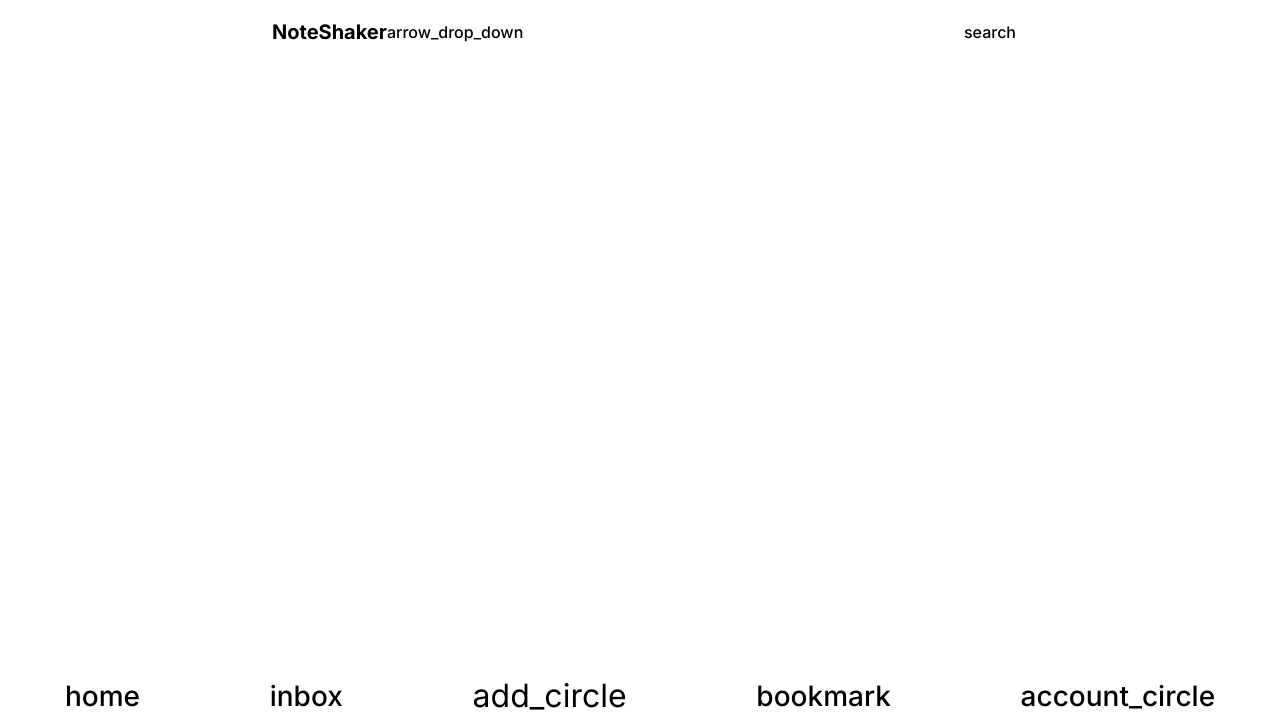
Repository: kwngmin/gongam
Page: /auth/signin
The author's editor kept a copy of each file at every save. The page is drawn from the files as they stood at one save, then again after the next save.
The browser window is 1280 px wide. The pictures show the whole page.
The page's requests for data from a server got no answer. The project was rebuilt for these pictures with package versions that can differ from the ones it lists, and the page was loaded fresh each time. The framework's server and built-in components were replaced by stand-ins that run in the browser. No one was signed in, and anything a server would have sent is missing. Also part of the build but not shown: next.config.js.

Above is the page before, as saved 2023-11-01 01:49:36.

### src/app/layout.tsx
import type { Metadata } from 'next';
import { Inter } from 'next/font/google';
import './globals.css';
import Navbar from '@/components/ui/Navbar';
import 'material-symbols';
import AuthContext from '../context/AuthContext';
import Footer from '@/components/ui/Footer';
import { Analytics } from '@vercel/analytics/react';

const inter = Inter({ subsets: ['latin'] });

export const metadata: Metadata = {
  title: 'Create Next App',
  description: 'Generated by create next app',
};

export default function RootLayout({
  children,
}: {
  children: React.ReactNode;
}) {
  return (
    <html lang='en' className={inter.className}>
      <AuthContext>
        <body className='h-screen flex relative flex-col'>
          <header className='sticky top-0 w-full max-w-screen-md mx-auto px-4 '>
            <Navbar />
          </header>
          <main className='grow w-full max-w-screen-md mx-auto px-4'>
            {children}
          </main>
          <Footer />
          <Analytics />
        </body>
      </AuthContext>
    </html>
  );
}

### src/app/auth/signin/page.tsx
import { getServerSession } from 'next-auth';
import { getProviders } from 'next-auth/react';
// import { redirect } from 'next/dist/server/api-utils';
import Signin from './Signin';
import { redirect } from 'next/navigation';
import { authOptions } from '@/components/commons/lib/auth';

type Props = {
  searchParams: { callbackUrl: string };
};

export default async function SignInPage({
  searchParams: { callbackUrl },
}: Props) {
  const session = await getServerSession(authOptions);
  if (session) {
    redirect('/');
  }
  const providers = (await getProviders()) ?? {};
  return <Signin providers={providers} callbackUrl={callbackUrl ?? '/'} />;
}

### src/app/globals.css
@tailwind base;
@tailwind components;
@tailwind utilities;

:root {
  --foreground-rgb: 0, 0, 0;
  --background-start-rgb: 214, 219, 220;
  --background-end-rgb: 255, 255, 255;
}

@media (prefers-color-scheme: dark) {
  :root {
    --foreground-rgb: 255, 255, 255;
    --background-start-rgb: 0, 0, 0;
    --background-end-rgb: 0, 0, 0;
  }
}

/* body {
} */

/* font-variation-settings: 'FILL' 1, 'wght' 400, 'GRAD' 0, 'opsz' 40; */
.material-symbols-rounded {
  font-variation-settings: 'wght' 500;
  /* font-variation-settings: 'FILL' 1, 'wght' 600, 'GRAD' 0, 'opsz' 48; */
  &.filled {
    font-variation-settings: 'FILL' 1;
  }
  &.medium {
    font-size: 28px;
  }
  &.large {
    font-size: 32px;
  }
  &.xlarge {
    font-size: 36px;
  }
}

@supports (-webkit-touch-callout: none) {
  .h-screen {
    height: -webkit-fill-available;
  }
}

### src/components/ui/Navbar.tsx
'use client';

import Link from 'next/link';
import { usePathname } from 'next/navigation';
import SearchIcon from './icons/SearchIcon';
import ArrowDropDownIcon from './icons/ArrowDropDownIcon';

export default function Navbar() {
  const pathName = usePathname();
  return (
    <div className='h-16 flex items-center justify-between'>
      <Link href='/'>
        <div className='flex items-center'>
          <h1 className='text-lg md:text-xl font-bold'>NoteShaker</h1>
          <ArrowDropDownIcon />
        </div>
      </Link>
      <Link href='/search'>
        <div className='flex items-center w-9 h-9 hover:bg-gray-100 justify-center rounded-2xl'>
          <SearchIcon />
        </div>
      </Link>
    </div>
  );
}

### src/context/AuthContext.tsx
'use client';
import { SessionProvider } from 'next-auth/react';
import { ReactNode } from 'react';
type Props = {
  children: ReactNode;
};
export default function AuthContext({ children }: Props) {
  return <SessionProvider>{children}</SessionProvider>;
}

### src/components/ui/Footer.tsx
'use client';
import Dockbar from './Dockbar';
import { useSession, signIn, signOut } from 'next-auth/react';
import Loginbar from './Loginbar';

export default function Footer() {
  //   const { data: session } = useSession();
  return <Dockbar />;
  //   return (
  //     <>
  //       {session ? (
  //         <footer className='sticky bottom-0 w-full max-w-screen-md mx-auto'>
  //           <Dockbar />
  //         </footer>
  //       ) : (
  //         <div
  //           role='button'
  //           onClick={() => signIn()}
  //           className='sticky bg-gray-50 hover:bg-gray-100 rounded-full bottom-4 w-56 h-12 mx-auto flex items-center justify-center select-none font-semibold cursor-pointer'
  //         >
  //           Sign in
  //         </div>
  //       )}
  //     </>
  //   );
}

### src/app/auth/signin/Signin.tsx
'use client';
import { ClientSafeProvider, signIn } from 'next-auth/react';

type Props = {
  providers: Record<string, ClientSafeProvider>;
  callbackUrl: string;
};

export default function Signin({ providers, callbackUrl }: Props) {
  return (
    <>
      {Object.values(providers).map(({ name, id }) => (
        <div key={name}>
          <button onClick={() => signIn(id, { callbackUrl })}>
            Sign in with {name}
          </button>
        </div>
      ))}
    </>
  );
}

### src/components/commons/lib/auth.ts
import { NextAuthOptions } from 'next-auth';
import GoogleProvider from 'next-auth/providers/google';

interface Props extends NextAuthOptions {
  app: {
    signIn: string;
  };
}
export const authOptions: Props = {
  providers: [
    GoogleProvider({
      clientId: process.env.GOOGLE_OAUTH_ID || '',
      clientSecret: process.env.GOOGLE_OAUTH_SECRET || '',
    }),
  ],
  app: {
    signIn: '/auth/signin',
  },
  secret: process.env.NEXTAUTH_SECRET || '',
};

### src/components/ui/icons/SearchIcon.tsx
export default function SearchIcon() {
  return <span className='material-symbols-rounded fillIcon'>search</span>;
}

### src/components/ui/icons/ArrowDropDownIcon.tsx
export default function ArrowDropDownIcon() {
  return (
    <span className='material-symbols-rounded fillIcon'>arrow_drop_down</span>
  );
}

### src/components/ui/Dockbar.tsx
'use client';
import AddIcon from './icons/AddIcon';
import Link from 'next/link';
import { useSession, signIn, signOut } from 'next-auth/react';
import RoundIcon from './icons/RoundIcon';
import { usePathname } from 'next/navigation';

export default function Dockbar() {
  const pathName = usePathname();
  const { data: session } = useSession();
  // console.log(pathName);
  return (
    <div className='h-12 flex items-center justify-around'>
      <Link href='/'>
        <div>
          {pathName === '/' ? (
            <RoundIcon name='home' filled style='medium' />
          ) : (
            <RoundIcon name='home' style='medium' />
          )}
        </div>
      </Link>
      <Link href='/inbox'>
        <div>
          {pathName === '/inbox' ? (
            <RoundIcon name='inbox' filled style='medium' />
          ) : (
            <RoundIcon name='inbox' style='medium' />
          )}
        </div>
      </Link>
      <Link href='/new'>
        <div>
          <RoundIcon name='add_circle' filled style='large' />
        </div>
      </Link>
      <Link href='/bookmarks'>
        <div>
          {pathName === '/bookmarks' ? (
            <RoundIcon name='bookmark' filled style='medium' />
          ) : (
            <RoundIcon name='bookmark' style='medium' />
          )}
        </div>
      </Link>
      <Link href='/account'>
        <div>
          {pathName === '/account' ? (
            <RoundIcon name='account_circle' filled style='medium' />
          ) : (
            <RoundIcon name='account_circle' style='medium' />
          )}
        </div>
      </Link>
      {/* {session ? (
        <div
          className='flex items-center w-9 h-9 hover:bg-gray-100 justify-center rounded-2xl'
          role='button'
          onClick={() => signOut()}
        >
          <AddIcon />
        </div>
      ) : (
        <div
          className='flex items-center w-9 h-9 hover:bg-gray-100 justify-center rounded-2xl'
          role='button'
          onClick={() => signIn()}
        >
          <AddIcon />
        </div>
      )} */}
    </div>
  );
}

### src/components/ui/icons/RoundIcon.tsx
type Props = {
  filled?: boolean;
  style?: string;
  name: string;
};
export default function RoundIcon({ filled = false, style, name }: Props) {
  return (
    <span
      className={`material-symbols-rounded ${
        filled ? 'filled' : ''
      } ${style} select-none`}
    >
      {name}
    </span>
  );
}

Loaded but not shown: tailwind.config.js (common file)

After the next save:
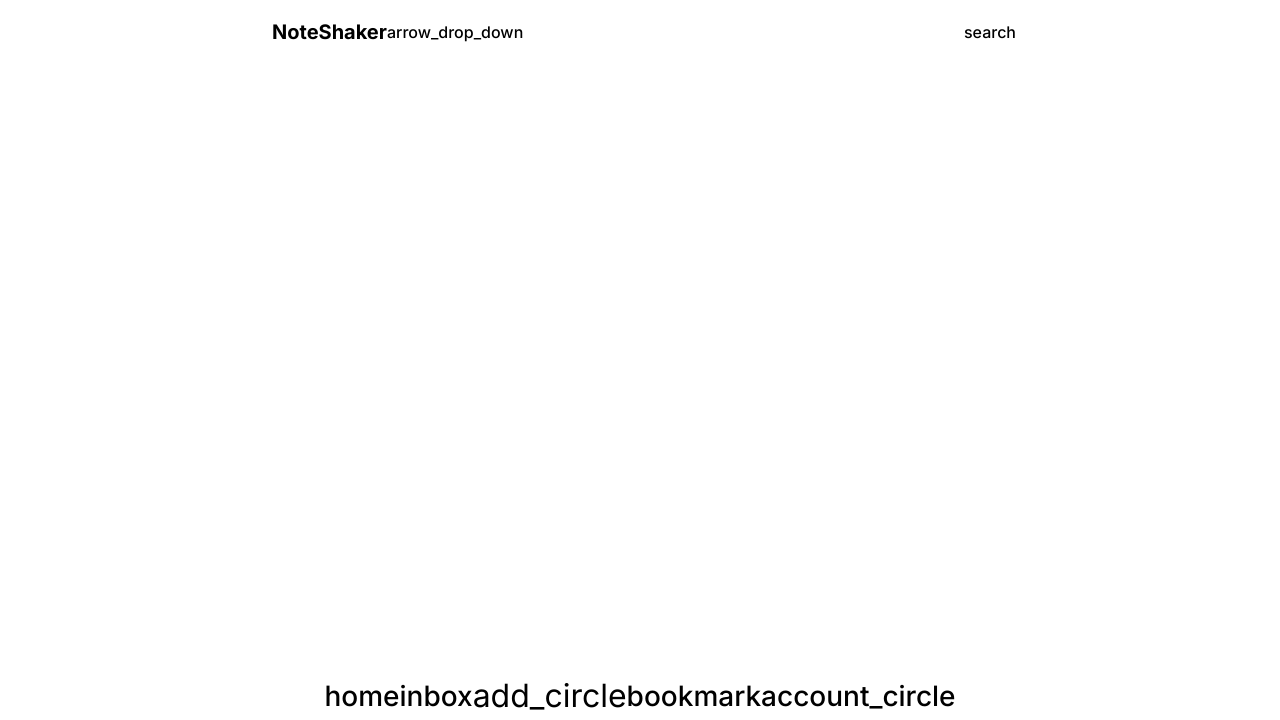
Saved 19 h 53 min later.
--- a/src/components/ui/Dockbar.tsx
+++ b/src/components/ui/Dockbar.tsx
@@ -10,7 +10,7 @@ export default function Dockbar() {
   const { data: session } = useSession();
   // console.log(pathName);
   return (
-    <div className='h-12 flex items-center justify-around'>
+    <div className='h-12 flex items-center justify-around max-w-screen-md mx-auto'>
       <Link href='/'>
         <div>
           {pathName === '/' ? (
